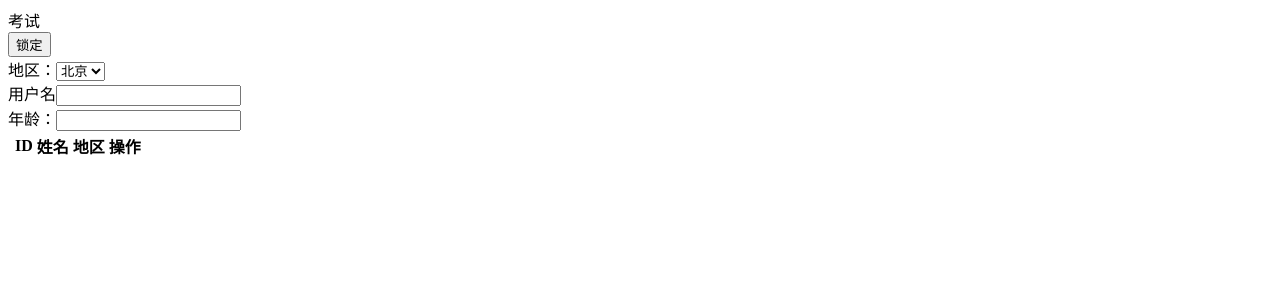
Repository: Sjl-2114/2006z
Page: / (app in A卷/vue-kaoshi/)
The author's editor kept a copy of each file at every save. The page is drawn from the files as they stood at one save, then again after the next save.
The browser window is 1280 px wide. The pictures show the whole page.
The project was rebuilt for these pictures with package versions that can differ from the ones it lists, and the page was loaded fresh each time.

Above is the page before, as saved 2021-04-28 15:55:03.

After the next save:
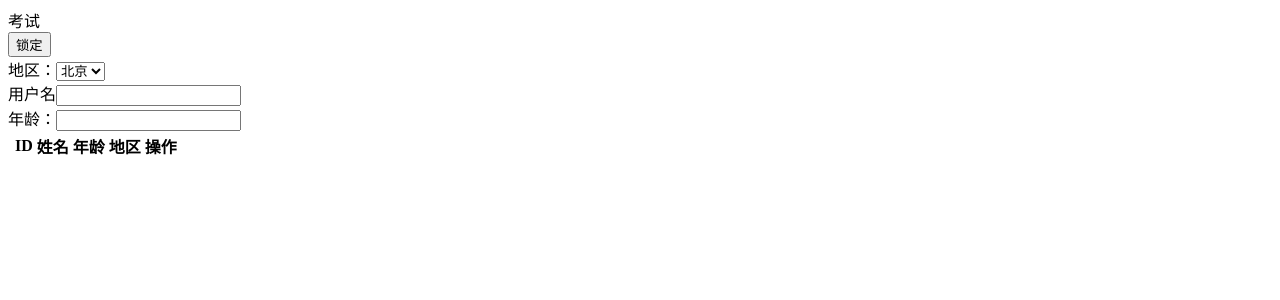
Saved 9 s later.
--- a/A卷/vue-kaoshi/src/App.vue
+++ b/A卷/vue-kaoshi/src/App.vue
@@ -23,7 +23,7 @@
             <th></th>
             <th>ID</th>
             <th>姓名</th>
-            <th</th>
+            <th>年龄</th>
             <th>地区</th>
             <th>操作</th>
 
